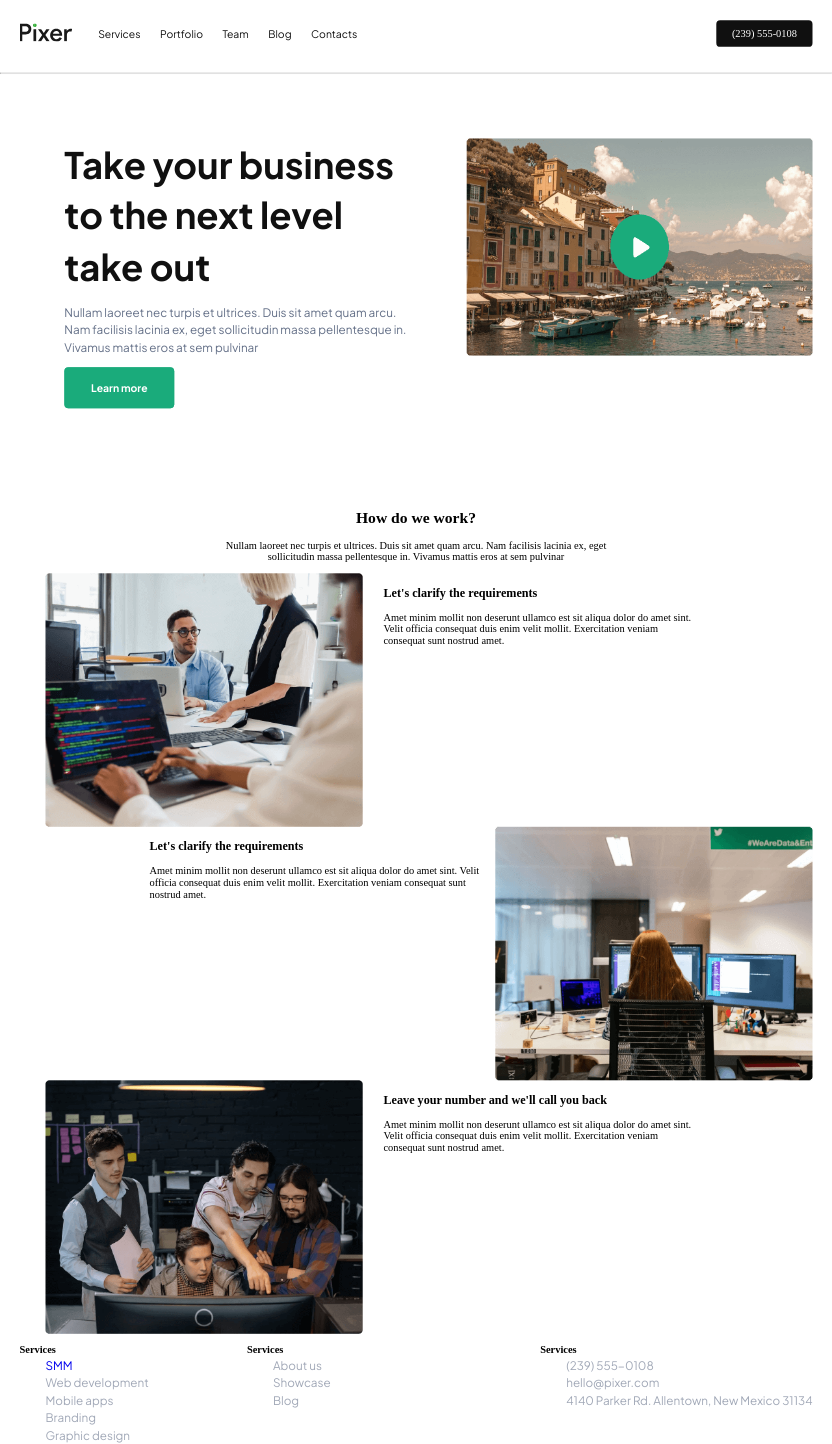
Repository: UlugbekAbdurasulov/pixar
Page: index.html
These files come from the project's save history. The page is drawn as it stood at one moment and after the next save; the edit follows.
The browser window is 1280 px wide. The pictures show the whole page, at 65% of full size.

Above is the page before, as saved 2023-06-05 02:51:54.

After the next save:
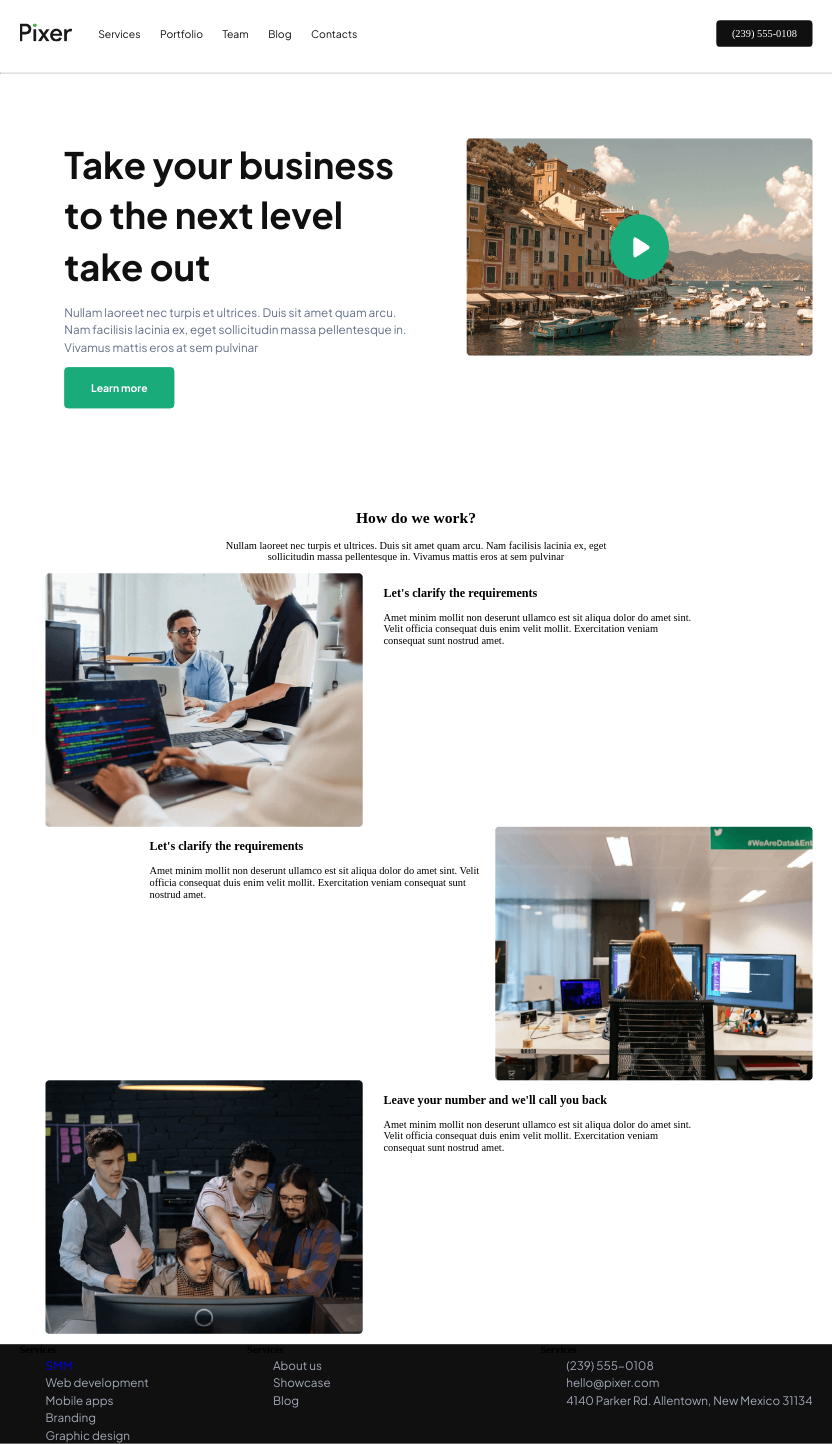
Saved 28 s later.
--- a/css/main.css
+++ b/css/main.css
@@ -223,5 +223,5 @@ color: #A1A8B7;
 }
 .sayt-footer{
 
-
-}
+  background: #101010;
+}
